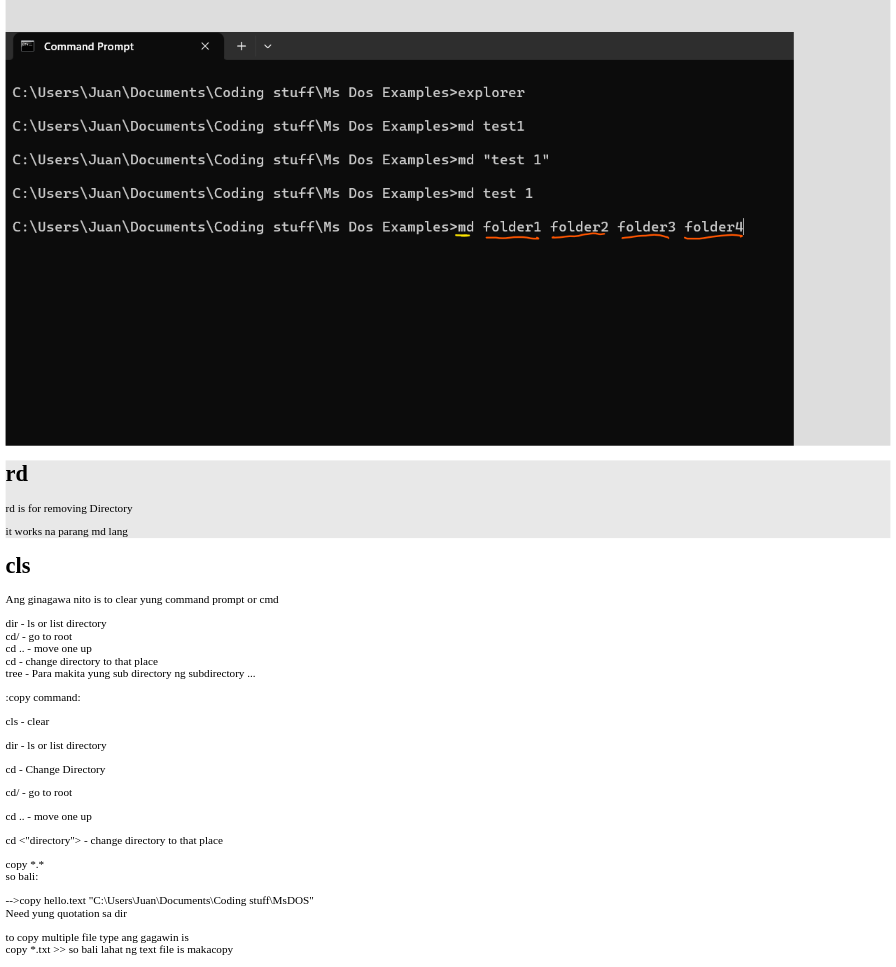
Repository: zwainer/Comprog
Page: index.html
An editor plug-in stored every save of this project. The page is shown before and after a run of saves, followed by the edit.
The browser window is 1280 px wide. The pictures show the part of the page from y = 4334 to 6254 px (the page is 5716 px tall before and 6254 px after), at 70% of full size.

Above is the page before, as saved 2023-05-06 00:38:09.

### index.html
<html>
	<head>
		<link rel="stylesheet" href="index.css">
	</head>
<body>

	<div class="header">

		<h1 class="mainHead">Comprog Notes Ko</h1>

	</div>

	<!-- make dir part -->
	<div class="makeDir">


		<p class="StartCommand">
			md
			<br/>

		</p>

		<p>md means make directory <br/>
		</p>
		<p>To use it :
			<dl>
				<dd>
					write md then
				</dd>

				<dd>
					yung name nung folder
				</dd>
			</dl>

		<br/>
		</p>


		</p>

		<img src="pictures/1_1.png">

		<p>Ito yung Output <br/></p>


		<img src="pictures/2.png">

		<h2>What if gusto nyong may space yung folder name<br/></h2>
		<dl>
			<dd>
				<p> To do it, need nyong lagyan ng "" quotation mark yung folder name nyo<br/></p>
			</dd>

			<dd>
				<p> So bali magiging cd "test 1"<br/></p>
			</dd>
		</dl>

		<img src="pictures/3.png">

		<p>Ito yung Output <br/></p>

		<img src="pictures/4.png">


		<h2>What will happen pag walang "" <-- ganire<br/></h2>

		<p>Gagawa sya ng multiple folder<br/></p>

		<img src="pictures/5.png">

		<p>Ito yung output<br/></p>

		<img src="pictures/6.png">

		<p>So that means tinignan sya nung computer as <br/>

			<dl>
				<dd>
					md test <br/>
				</dd>

				<dd>
					md 1<br/></p>
				</dd>
			</dl>

			<p>so if want nyong gumawa ng madaming folder tapos yung name nya is folder1 folder 2 folder3 folder4<br/></p>

			<p>Pwede nyong gawing: <p class="importantNote">md folder1 folder2 folder3 folder4</p> <br/> </p>

			<img src="pictures/7.png">


	</div>

	<!-- remove naman ng directory na part -->
	<div class="remDir">
		<h1>rd    <br/> </h1>

 		<p>rd is for removing Directory<br/></p>

 		<p> it works na parang md lang<br/></p>

	</div>


	<!-- clear ng cmd para di makalat -->
	<div class="cls">
		<h1>cls</h1>

		<p>Ang ginagawa nito is to clear yung command prompt or cmd</p>
		<img src="" alt="">
	</div>

	<!-- Show the directory -->

dir - ls or list directory<br/>

<!-- cd stuff -->

cd/ - go to root<br/>

cd .. - move one up<br/>

cd <directory> - change directory to that place<br/>
<!-- tree momints -->


tree - Para makita yung sub directory ng subdirectory ...<br/>
<!-- copy command -->

<p >:copy command:<br/></p>
<p >cls - clear<br/></p>

<p >dir - ls or list directory<br/></p>

<p >cd - Change Directory<br/></p>


<p >cd/ - go to root<br/></p>

<p>cd .. - move one up<br/></p>

<p >cd <"directory"> - change directory to that place<br/></p>






<p>copy *.*<br/>

	so bali: <br/></p>
		<p>
				-->copy hello.text "C:\Users\Juan\Documents\Coding stuff\MsDOS"<br/>
			Need yung quotation sa dir
			<br/>
		</p>

		<p>
	to copy multiple file type ang gagawin is </br>
	copy *.txt >> so bali lahat ng text file is makacopy</br>



		</p>

	</body>
</html>

### index.css
.mainHead{
    color: white ;
    background-color: black;
    font-size: 40px;
    font-family: 'Arial Narrow Bold';
    text-align: center ;
    padding: 14px;

}


.makeDir{

    background-color: rgb(221, 221, 221) ;
    padding: 0%;
    margin: 0%;
}

.remDir{

    background-color: rgb(232, 232, 232) ;
    padding: 0%;
    margin: 0%;
}



.StartCommand{
    font-size: 30px;
    font-family: 'Franklin Gothic Medium';
    font-weight: bold;
}

.importantNote{
    font-style: italic;
}

After the next 4 saves:
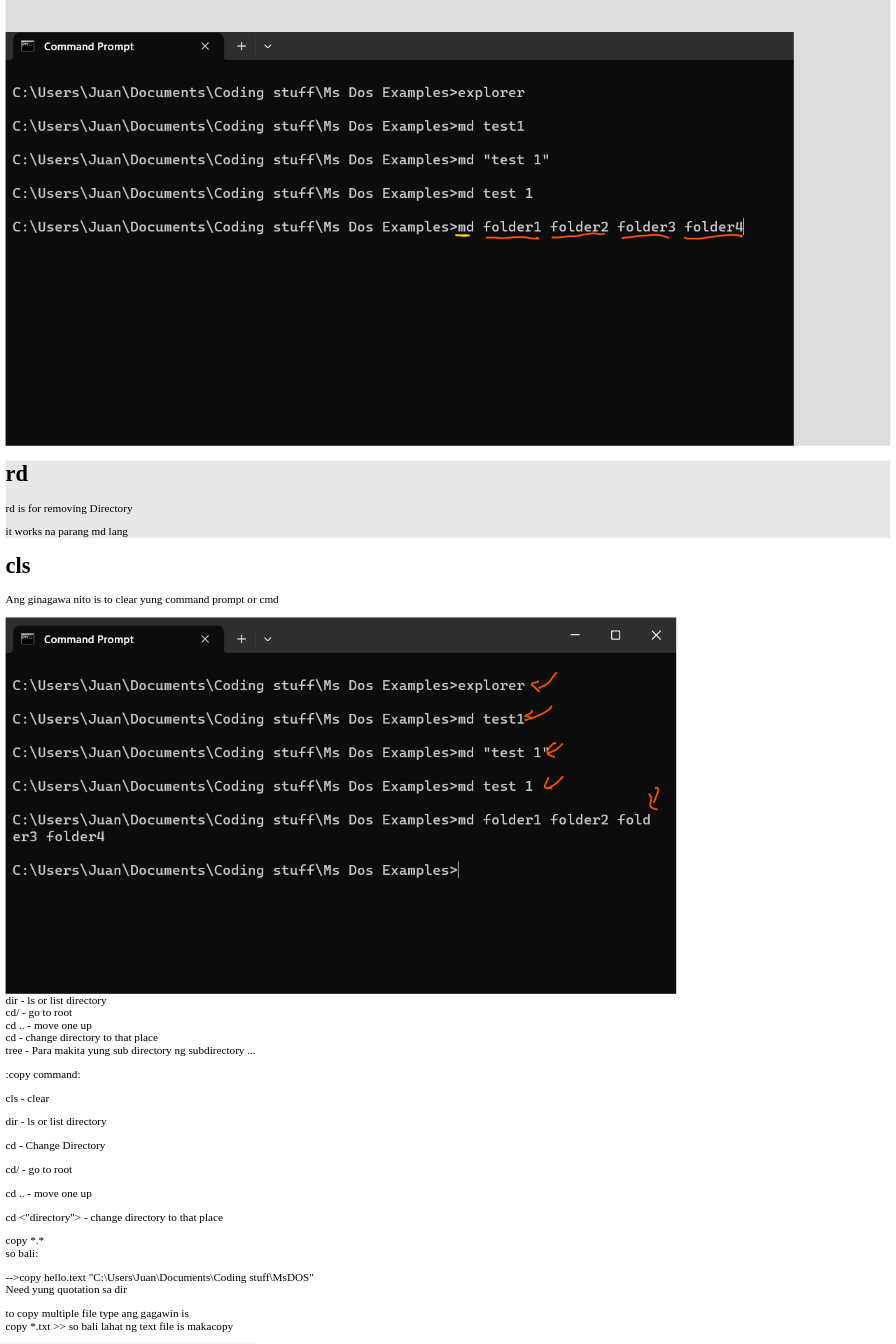
The 4 saves are shown as one change because they came seconds apart.
The last was saved 13 s later.
--- a/index.html
+++ b/index.html
@@ -111,7 +111,7 @@
 		<h1>cls</h1>
 
 		<p>Ang ginagawa nito is to clear yung command prompt or cmd</p>
-		<img src="" alt="">
+		<img src="pictures/9.png">
 	</div>
 
 	<!-- Show the directory -->
